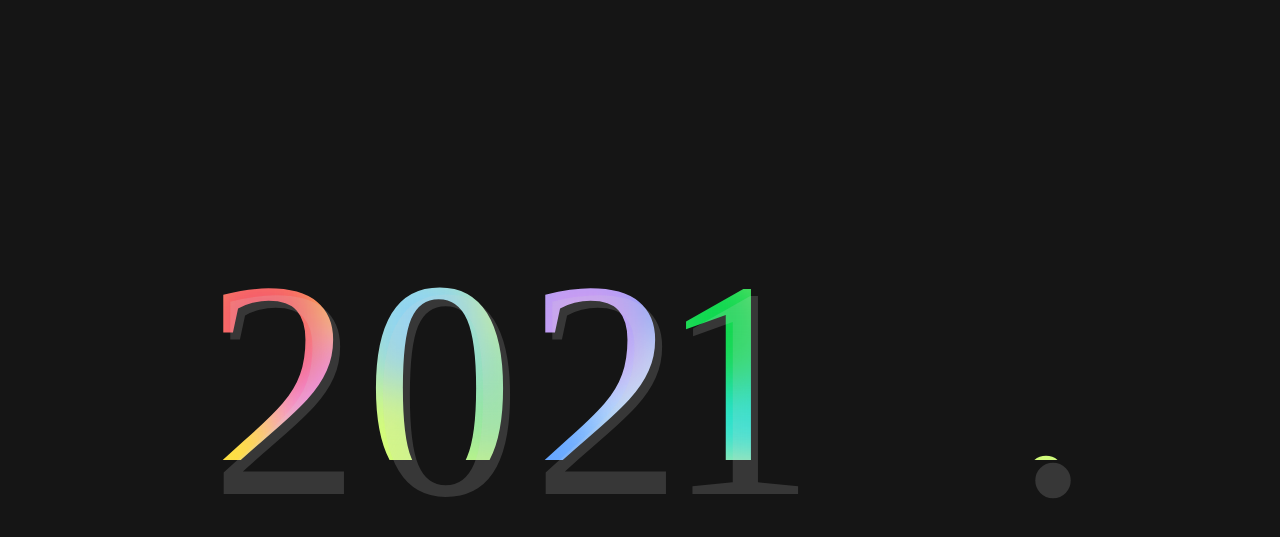
Repository: ramtoppo12/Happy-new-year-2021
Page: index.html
These files come from the project's save history. The page is drawn as it stood at one moment and after the next save; the edit follows.
The browser window is 1280 px wide. The pictures show the whole page.
Some web fonts or font styles are not loaded; a fallback is used.

Above is the page before, as saved 2020-12-24 23:27:33.

After the next save:
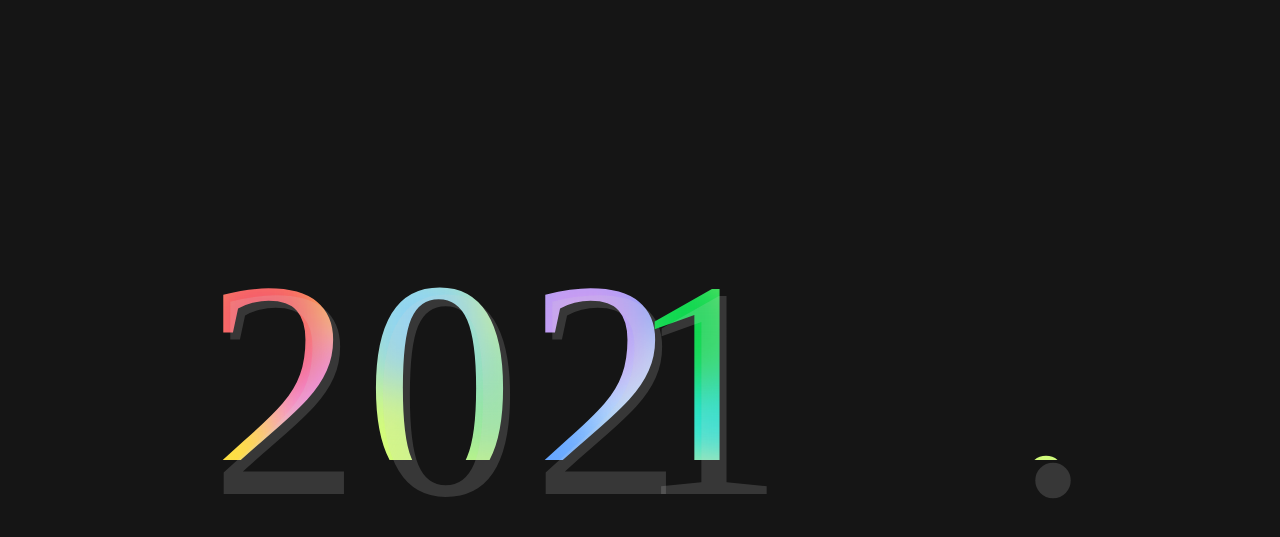
Saved 17 s later.
--- a/style.css
+++ b/style.css
@@ -43,5 +43,5 @@ body {
 }
 .text-5 {
   background-image: url("data:[embedded picture, 1300 characters]");
-  transform: translateX(-120%);
+  transform: translateX(-140%);
 }
